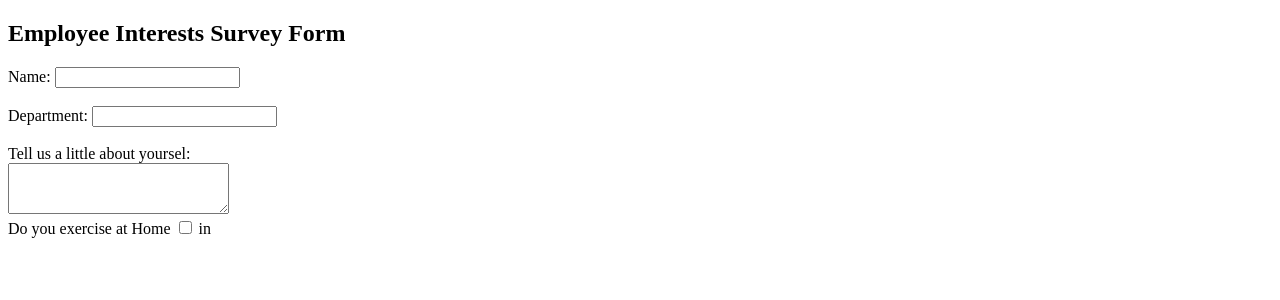
Repository: JoaoLemesDEV/Exercise-Survey-Form
Page: index.html
These files come from the project's save history. The page is drawn as it stood at one moment and after the next save; the edit follows.
The browser window is 1280 px wide. The pictures show the whole page.

Above is the page before, as saved 2021-10-10 18:24:11.

### index.html
<!DOCTYPE html>
<html lang="en">
<head>
  <meta charset="UTF-8">
  <meta http-equiv="X-UA-Compatible" content="IE=edge">
  <meta name="viewport" content="width=device-width, initial-scale=1.0">
  <title>Survey Form</title>
</head>
<body>
  <h2>Employee Interests Survey Form</h2>
  <label for="name">Name: </label>
  <input type="text" name="name" id=""><br><br>
  <label for="dep">Department:</label>
  <input type="text" name="dep" id=""><br><br>
  <label for="comment">Tell us a little about yoursel:</label><br>
  <textarea name="comment" id="comment" cols="25" rows="3"></textarea><br>
  <label for="question01">Do you exercise at Home</label>
    <input type="checkbox" name="question01" id="question01">
    in



</body>
</html>

After the next save:
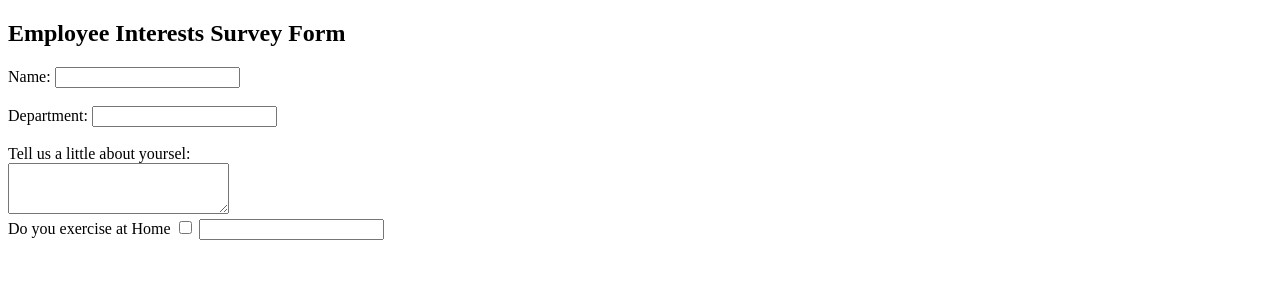
Saved 20 s later.
--- a/index.html
+++ b/index.html
@@ -16,7 +16,7 @@
   <textarea name="comment" id="comment" cols="25" rows="3"></textarea><br>
   <label for="question01">Do you exercise at Home</label>
     <input type="checkbox" name="question01" id="question01">
-    in
+    <input type="text" name="" id="">
 
 
 
